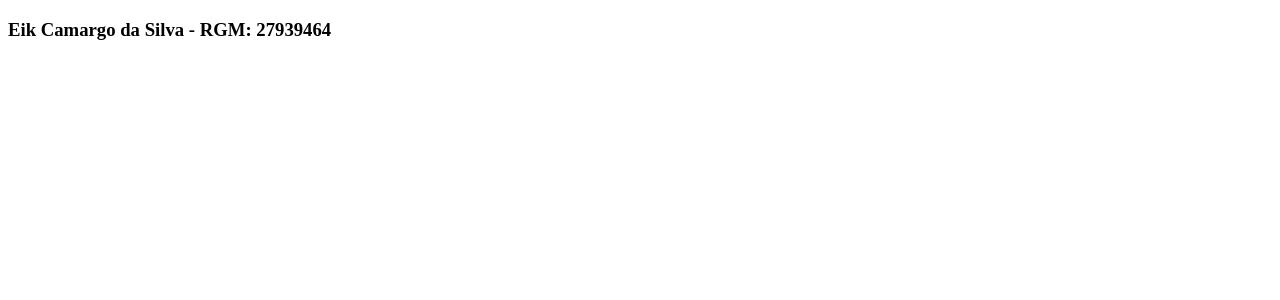
Repository: EikDEV/Atividade-Cliente-Servidor
Page: crudjspjava/src/main/webapp/inicio.html
An editor plug-in stored every save of this project. The page is shown before and after the next save, followed by the edit.
The browser window is 1280 px wide. The pictures show the whole page.

Above is the page before, as saved 2022-11-03 20:31:08.

### crudjspjava/src/main/webapp/inicio.html
<!DOCTYPE html>
<html>
<head>
<meta charset="UTF-8">
<title>Início</title>
</head>
<body>
	<h3>Eik Camargo da Silva - RGM: 27939464</h3>
</body>
</html>

After the next save:
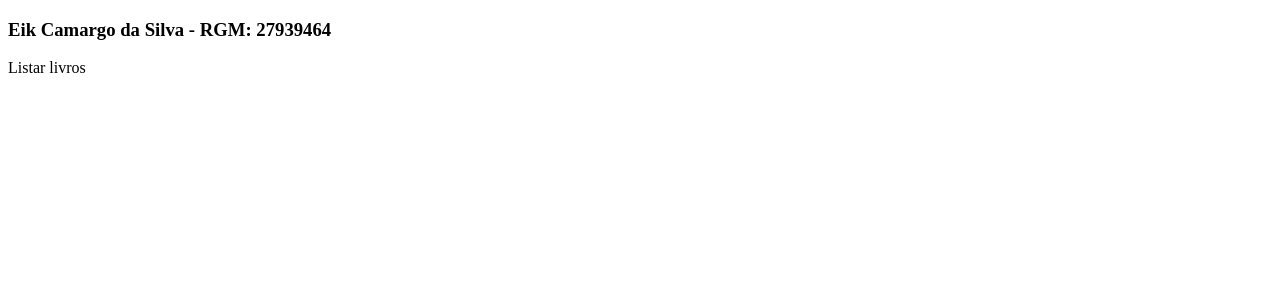
Saved 14 s later.
--- a/crudjspjava/src/main/webapp/inicio.html
+++ b/crudjspjava/src/main/webapp/inicio.html
@@ -6,5 +6,6 @@
 </head>
 <body>
 	<h3>Eik Camargo da Silva - RGM: 27939464</h3>
+	<a>Listar livros</a>
 </body>
 </html>
